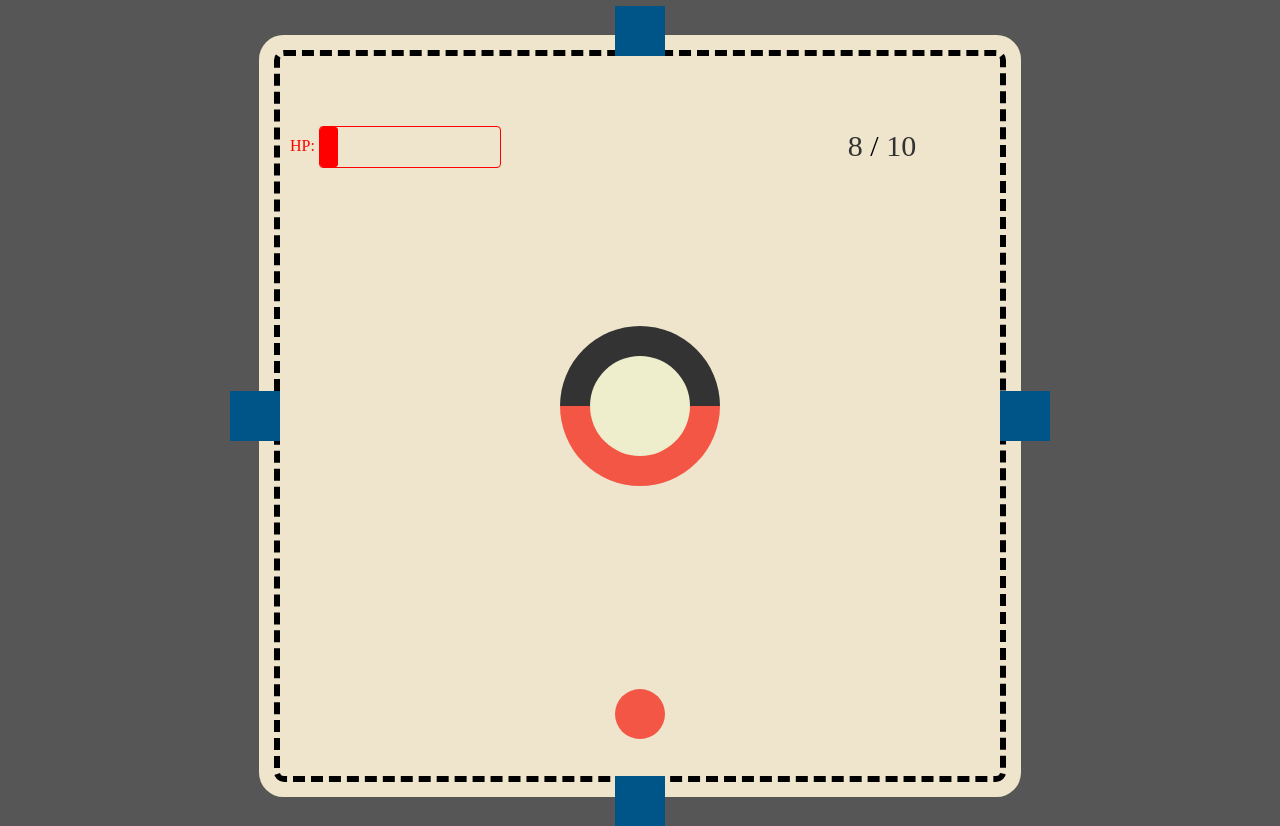
Repository: EEETA/ball-game
Page: theBall2/index.html
The author's editor kept a copy of each file at every save. The page is drawn from the files as they stood at one save, then again after the next save.
The browser window is 1280 px wide. The pictures show the whole page.
After loading, the first visible `button.start` was clicked once.

Above is the page before, as saved 2018-08-16 16:00:03.

### theBall2/index.html
<!DOCTYPE html>
<html lang="en">
<head>
    <meta charset="UTF-8">
    <title>theBall</title>
	<link rel="stylesheet" href="style/index.css">
    <script src="js/jquery-1.8.3.min.js"></script>
	<script src="js/jquery.rotate.min.js"></script>
</head>
<body>
    <section class="box">
        <!-- 旋转div -->
        <section class="ball ballZhuan">
            <div class="redPart_box">
                <div class="redPart"></div>
            </div>
            <div class="blackPart_box">
                <div class="blackPart"></div>
            </div>
            <div class="middlePart"></div>
        </section>

        <section class="ball2Wrap">
            <div class="ball2"></div>
        </section>

        <section class="idx_pattern">
            <!-- 主界面-游戏模式 -->
        </section>

        <section class="idx_intro">
            <!-- 主界面-游戏玩法 -->
        </section>

        <section class="game_mask">
        <!-- 游戏界面-娱乐模式遮罩提示层 -->
        </section>
        <div class="arrow">
            <!-- 升级效果 -->
        </div>
        <section class="game_shootBox">
            <!-- 游戏界面-小球发射台 -->
        </section>
        <section class="game_fraction">
            <!-- 游戏界面-分数血量显示 -->
        </section>
        <section class="game_hanlder">
            <!-- 游戏界面-结束模块 -->
        </section>
    </div>

    <script src="data/data.js"></script>
    <script>
        const patternLen = pattern.length;
        const idxPattern = document.querySelector('.idx_pattern');
        const idxIntro = document.querySelector('.idx_intro');
        const gameShootBox = document.querySelector('.game_shootBox');
        const gameFraction = document.querySelector('.game_fraction');
        const gameHanlder = document.querySelector('.game_hanlder');
        const gameMask = document.querySelector('.game_mask');
        var my=[];
        /*主界面-游戏模式*/
        for(var i=0;i<patternLen;i++){
            let idxPatternMain=`<div class="playWrap">
                                    <div class="playTit"> ${pattern[i].patternName} </div>
                                    <div class="playIntroduce">
                                        <div class="playIntroduceTxt">1.通关条件 <span style="color:#EE8E4E"> ${pattern[i].explain.condition} </span></div>
                                        <div class="playIntroduceTxt">2. ${pattern[i].explain.produce} </div>
                                    </div>
                                    <button class="start">START</button>
                                </div>`
            idxPattern.innerHTML+=idxPatternMain;
        }
        /*主界面-游戏玩法*/
        let produceTxt=`<div class="introTxt">
                            <div>
                                1.按空格键/AD可旋转 <img src="img/img1.png" alt="" class="sizeOne">
                            </div>
                            <div>
                                2.当<img src="img/img2.png" alt="" class="sizeOne">掉落时,根据模式将 <img src="img/img1.png" alt="" class="sizeOne"> 旋转到对应的颜色即可得1分,反之<span style="color:red">HP-1</span>
                            </div>
                            <div>
                                3.进入游戏后，每个玩家血量为5,右上角为分数面板 <img src="img/img3.png" alt="" class="sizeTwo"> 左侧为当前分数,右侧为当前关卡上限,分数达到上限即可进入下一关
                            </div>
                        </div>
                        <button class="introTxtBtn">游戏玩法</button>`
        idxIntro.innerHTML=produceTxt;



        /*游戏界面-小球发射台*/
        let gameShootBoxMain=`  <div class="launcher launT">

                                </div>
                                <div class="launcher launB">

                                </div>
                                <div class="launcher launL">

                                </div>
                                <div class="launcher launR">

                                </div>`
        gameShootBox.innerHTML+=gameShootBoxMain;

        /*游戏界面-小球发射台*/
        // let gameShootBoxMain=`<div class="top div_middle">
        //                             <div class="div_middle"></div>
        //                         </div>
        //                         <div class="bottom div_middle">
        //                             <div class="div_middle"></div>
        //                         </div>
        //                         <div class="left div_middle">
        //                             <div class="div_middle"></div>
        //                         </div>
        //                         <div class="right div_middle">
        //                             <div class="div_middle"></div>
        //                         </div>`
        // gameShootBox.innerHTML+=gameShootBoxMain;


        /*游戏界面-分数血量显示*/
        let gameFractionMain=`  <div class="life">HP:
                                    <div class="hp_div">
                                        <div class="hp_div_main"></div>
                                    </div>
                                </div>
                                <div class="fraction">
                                    <span class="fraction_left"></span>
                                    /
                                    <span class="fraction_right"></span>
                                </div>`
        gameFraction.innerHTML=gameFractionMain;
        /*游戏界面-结束模块*/
        let gameHanlderMain=`   <div class="interface">
                                    <div class="over">Game Over</div>
                                    <div class="success">成功通关</div>
                                </div>
                                <div class="button_box">
                                    <button class="button_left">再玩一次</button>
                                    <button class="button_right">返回大厅</button>
                                </div>`
        gameHanlder.innerHTML=gameHanlderMain;
        /*游戏界面-娱乐模式遮罩提示层*/
        let gameMaskMain=`  <div class="Mask_span">
                                <span>按A键向左转</span>
                                <span>按D键向右转</span>
                            </div>
                            <span class="Mask_p">- 按空格键继续 -</span>`
        gameMask.innerHTML=gameMaskMain;
    </script>
    <script src="js/index.js"></script>
    <script src="js/animation.js"></script>
</body>
</html>

### theBall2/style/index.css
@charset "UTF-8";
html{background: #565656;}
body{-webkit-user-select:none;-moz-user-select:none;-ms-user-select:none; user-select:none;}
input{border: none;outline: none;-webkit-tap-highlight-color: #000000;-webkit-tap-highlight-color: rgba(0, 0, 0, 0);}
button{outline: none;}

.box{
    position: relative;
    margin: 50px auto 0;
    /* overflow: hidden; */
    width: 1080px;
    height: 720px;
    background: #eee5cc;
    border: 6px dashed #000;
    box-shadow: 0 0 0 15px #eee5cc;
    border-radius: 10px;
}
/*两种小球制作*/
.ball{
    position: relative;
    width: 160px;
    height: 160px;
    margin:60px auto 0;
    /* transform:rotate(0deg);
    -ms-transform:rotate(0deg);
    -moz-transform:rotate(0deg);
    -webkit-transform:rotate(0deg);
    -o-transform:rotate(0deg); */
    opacity:1
}
.redPart_box,.blackPart_box{
    height: 50%;
    overflow:hidden;
}
.redPart,.blackPart{
    position: relative;
    height: 160px;
    width: 160px;
    border-radius:50%
}
.redPart{background: #f45646;}
.blackPart{background: #333;top:-100%}
/* .redPart{background: #ff9b9b;}
.blackPart{background: #2aa1a7;top:-100%} */
.middlePart{
    position: absolute;
    left: 30px;
    top: 30px;
    width: 100px;
    height:100px;
    border-radius: 50%;
    background:#eec;
}
.ballZhuan{
    animation-name:rotate;
    animation-iteration-count: infinite;
    animation-duration: 4s;
    animation-timing-function: linear;
}
@keyframes rotate{
    0%{
        transform:rotate(0deg)
    }
    100%{
        transform:rotate(360deg)
    }
}

.ball2Wrap{
    position: absolute;
    /* overflow: hidden; */
    width: 100%;
    top: 270px;
}
.ball2{
    width: 0;
    height: 0;
    margin: 0 auto;
    border-top:20px solid #f45646;
    border-bottom: 20px solid #333;
    border-left:20px solid #efa97a;
    border-right:20px solid #6dd3ce;
    border-width: 80px;
    /* position: absolute;
    top: calc(50% - 85px);
    left: calc(50% - 85px); */
    opacity: 0;
    /* z-index: 10;
    transform:rotate(0deg); */
    border-radius: 50%;
}

/*小球发射*/
.launcher{
    position: absolute;
    margin: 0 auto;
    width: 50px;
    height: 50px;
    background: #058;
}
.launT{left: 0;right: 0;top: -50px;}
.launB{left: 0;right: 0;bottom: -50px;}
.launL{top: 50%;margin-top: -25px;left: -50px}
.launR{top: 50%;margin-top: -25px;right: -50px}
.launchBall{
    position: absolute;
    width: 100%;
    height:100%;
    background:#f45646;
    border-radius: 50%;
}


/*成功击中扩散动画*/
.ball_middle{
    height: 75px;
    width:75px;
    border-radius: 50%;
    background: #333;
    opacity:0.5;
    position: absolute;
    top: calc(50% - 37px);
    left:calc(50% - 37px);
}

.game_fraction{
    width: 100%;
    height: 80px;
    top:50px;
    position: absolute;
    display: none;
}
.life{width: 60%;height: 100%;display: inline-block;line-height: 80px;text-indent: 10px;color:#f00;}
.fraction{width: 30%;height: 100%;text-align: center;line-height: 80px;float: right;margin-right: 10px;font-size: 30px;}
.fraction span{color:#333;}
.firworks{width: 4px;height: 4px;position: absolute;border-radius: 50%}
.over,.success{position: absolute;top:43%;font-size: 60px;opacity:0;z-index: 30;width: 100%;text-align: center;}
.arrow{height: 300px;width: 500px;position: absolute;top: calc(50% - 150px);left: calc(50% - 250px);}
.arrow span{font-size: 30px;color: #333;position: absolute;left: calc(50% - 145px);top: 150px;opacity: 0;height: 100px;width: 300px;text-align: center;}
 .img{height:80px;width: 30px;position: absolute;}



.button_box{
    position: absolute;
    left:0;
    right:0;
    bottom:45px;
    margin:0 auto;
    width: 380px;
    display: none;
    opacity: 0;
}
.button_left,.button_right{
    height: 46px;
    width: 150px;
    background:#333;
    border-radius:3px;
    font-size: 24px;
    color:#fff;
    cursor:pointer;
    border:none;
}
.button_left:hover,.button_right:hover{background: #f45646;}
.button_left{float:left;}
.button_right{float:right;}


/************************************游戏玩法***********************************/
.introTxtBtn{
    position: absolute;
    bottom: 34px;
    font-size: 20px;
    cursor:pointer;
    z-index: 1000;
    left: calc(50% - 50px);
    height: 40px;
    width: 100px;
    text-align: center;
    line-height: 40px
}
.introTxtBtn:hover{
    background: #333;
    color: #fff;
}
.introTxt{
    width: 500px;
    height: 530px;
    left: calc(50% - 250px);
    top: calc(50% - 300px);
    line-height: 40px;
    background: #fff;
    border-radius: 5px;
    display: none;
    z-index: 1001;
    position: absolute;
}
.sizeOne,.sizeTwo{
    position:relative;
    top: 10px;
}
.sizeOne{width: 40px;}
.sizeTwo{width: 80px;}
.introTxt div{margin:30px auto;width: 90%;font-size: 24px}
.introTxt p{display: inline-block;}



.hp_div{display: inline-block;width: 180px;height: 40px;border:1px solid red;vertical-align:middle;border-radius: 4px;}
.hp_div_main{height: 100%;width: 100%;background: red;border-radius: 3px;}


.game_mask{
    display: none;
    position: absolute;
    width: 100%;
    height: 100%;
    top: 0;
    left: 0;
    background: rgba(51,51,51,.5);
    font-size: 30px;
    color: #fff;
    z-index: 1;
}
.Mask_span{
    position: absolute;
    top:calc(50% - 100px);
    opacity: 1;
    width: 100%;
    text-align: center;
    line-height: 100px;
}
.Mask_span span{
    display: block;
}
.Mask_p {
    position: absolute;
    bottom: 150px;
    width: 100%;
    text-align: center;
    font-size:40px;
    color: #000;
    animation-name:opacity;
    animation-iteration-count: infinite;
    animation-duration: 1.8s;
}
@keyframes opacity{
    0%{
        opacity:0
    }
    50%{
        opacity: 1
    }
    100%{
        opacity:0
    }
}


/*playFour*/
.idx_pattern{
    overflow:auto;
    position: relative;
    margin: 0 auto;
    width: 90%;
    margin-top: 90px;
}
.playWrap{
    overflow: hidden;
    position: relative;
    float:left;
    width: 32%;
    height: 280px;
    background:#fff;
    color:#333;
    border-top: 30px solid;
}
.playWrap:nth-child(2){margin: 0 2%;}
.playWrap:hover{
    background: rgba(255,255,255,.7)
}
.playTit{
    /* width: 100%; */
    border-bottom: 1px solid #000;
    font-size: 24px;
    line-height: 50px;
    text-indent: 10px;
}
.playIntroduce{
    font-size: 18px;
    text-align: left;
    line-height: 30px;
    margin: 0 auto;
    width: 94%;
}
.start{
    position:absolute;
    bottom:0;
    left:0;
    right:0;
    width: 200px;
    height: 46px;
    background: #EE8E4E;
    color: #fff;
    outline: none;
    margin: 0 auto 20px;
    cursor: pointer;
    border: none;
}
.start:hover{background: rgba(51,51,51,1)}

/*分数动画*/
.ballZhuan123{
    animation-name:rotate123;
    animation-iteration-count: 1;
    animation-duration: .4s;
    animation-timing-function: linear;
}
@keyframes rotate123{
    0%{
        transform:scale(1,1);
        opacity: 0;
    }
    50%{
        opacity: 1;
        transform:scale(2,2);
    }
    100%{
        opacity: 0;
        transform:scale(4,4);
    }
}

### theBall2/data/data.js

/*
patternName：模式名称
explain：游戏说明
condition：过关条件
produce：关卡介绍
tip：其他
*/
var pattern=[
    {
        patternName:'标准模式',
        explain:{
            condition:'100分',
            produce:'关卡为5个，得满100分即为通关',
            tip:''
        }
    },
    {
        patternName:'颠倒模式',
        explain:{
            condition:'60分',
            produce:'关卡为3个，小球撞击位置需与发球相反，游戏难度随得分增加',
            tip:''
        }
    },
    {
        patternName:'娱乐模式',
        explain:{
            condition:'无',
            produce:'关卡不限，游戏难度随得分增加',
            tip:''
        }
    }
]
var gameInit=[
    {
        hp:1,
        hp_box:10,
        fraction:0,
        toplimit:10,

    }
]
// var gameHanlder={
//     gameOver="Game Over",
//     gameSuccess="游戏通关",
// }

### theBall2/js/index.js



var time=new Date();/*时间差*/
var background,
hp,/*给予血量*/
hp_box,/*总血量*/
fail_hp,/*当前血量*/
fractionNow,/*现有得分*/
fractionNeed,/*升级需要得分*/
speed,
negative,
numbox,
negative=0;

const idxW=1080;/*主界面宽高*/
const idxH=720;
const gameW=720;/*游戏宽高*/
const gameH=720;
const ballFour=['#f45646','#333','#efa97a','#6dd3ce'];/*小球颜色*/

let patternNow;/*当前模式*/
let numList=-180;
let degree=180;
let launchNum=2;/*默认发球为两个*/
let visited=false;/*是否进入过娱乐模式*/
let ballShow=$('.ball');
let delayed=0;
let ballShowW=160;
let ballShowH=160;
let balo;


const start=document.querySelectorAll('.start');


window.onload=function(){
    $('.ball').addClass("ballZhuan");
    $(".introTxtBtn").mouseover(function(){$('.introTxt').stop().fadeIn(400);})
	$(".introTxtBtn").mouseout(function(){$('.introTxt').stop().fadeOut(400);})
    choose();
}

//进入对应模式
function choose(){
	for(let i=0;i<start.length;i++){
        start[i].onclick = function(){
            $('.idx_pattern').fadeOut(300);
            $('.introTxtBtn').fadeOut(300);
            patternNow=i;/*存储模式*/
            initInfo(patternNow);
            setTimeout(function(){
        		appendball(patternNow);
        	},1200)
        }
	}
}

function initInfo(patternNow){
    boxChange(gameW,gameH,500);
    hp=1;
    hp_box=10;
    fail_hp=hp*100/hp_box;
    fractionNow=8;
    if(patternNow!=2){fractionNeed=10;}
    else{fractionNeed="∞";}
    speed=1200;
    // initInfo=1;
    balo=1;
    numList=-180;

	if(patternNow==2){
		speed=1400;
	    numList=-360;
	    launchNum=4;
	    degree=-90;
		delayed=1100;
    }

	if(patternNow==2&&visited==true){
		ballShow.rotate({
            animateTo:numList,
            duration:450,
        });
	}
    $('.fraction_left').html(fractionNow);
    $('.fraction_right').html(fractionNeed);
    $('.hp_div_main').animate({width:fail_hp+"%"});

    $('.game_fraction').fadeIn(500);

    /*小球位置及角度就绪*/
    $('.ball').animate({top:'210px'},500,function(){
        $(this).removeClass("ballZhuan");
        if(patternNow!=2){
            $(this).rotate({animateTo:-180,duration:600});/*这一步尤为重要，得分是在-180°上去迭代完成的，角度不转会不衔接*/
        }
        else if(patternNow==2){
            if(visited){
                appendball();
                rotate_transition(".ball",".ball2");
            }else{
                $('.game_mask').fadeIn(300);
                rotate_transition(".ball",".ball2");
            }
        }
    })
}

/*关卡设置*/
function levelUp(patternNow){
	if(patternNow==0 || patternNow==2){
		if(fractionNow%10==0){
	        callarrow("速度加快");
			speed-=100;
	        delayed=1100;
		}
	}
	if(patternNow==1){
		if(fractionNow==10){
	        callarrow("速度加快");
	        speed-=200;
	        fractionNeed=30;
	        delayed=1100;
		}
	    if(fractionNow==30){
	        callarrow("lalala");
	        speed-=100;
	        fractionNeed=60;
	        delayed=1100;
	    }
	}
}

function appendball(patternNow){  //生成小球
    delayed=0;
    if(hp<=0){
        $('.over').animate({opacity:1},600,function(){
            $('.button_box').css('display','block');
            $('.button_box').animate({opacity:1},800)});
        return;
    }
	if(patternNow==0&&fractionNow==100||patternNow==1&&fractionNow==60){
        $('.success').animate({opacity:1},600,function(){
            $('.button_box').css('display','block')
            $('.button_box').animate({opacity:1},800)
        });
	    return;
    }
    if(patternNow==2){
	    ballShow=$('.ball2');
	    return;
    }

	levelUp(patternNow);
    $('.fraction_right').html(fractionNeed);

    /*
        需要两个控制随机，否则发球颜色和发射器顺序会固定
        chooseColor > 随机选择颜色
        chooseBox   > 随机填放到各发射器中
    */
    let chooseColor=parseInt(Math.random()*launchNum);
    let chooseBox=parseInt(Math.random()*launchNum);

    $('<div class="launchBall" style="background:'+ballFour[chooseColor]+';"></div>').appendTo($('.launcher')[chooseBox]);
    var launchBall=$('.launchBall');
    setTimeout(function(){ballmove(launchBall,chooseBox,patternNow)},delayed);
}

/*小球运动*/
function ballmove(launchBall,box_num,patternNow){
    let range;
    let goto;
    // delayed=0;
    box_num==0||box_num==2 ? range=350 : range=-350;
    box_num < 2 ? goto='top' : goto='left';
    launchBall.animate(
        {[goto]:""+range+"px"},
        {
            duration:speed,
            easing:'linear',    // easing:'linear' 匀速直线运动
            progress:function(){

                let launchBallW=$(this).width();
                let launchBallH=$(this).height();
                let launchBallT=$(this).offset().top;
                let launchBallL=$(this).offset().left;

                let box_top=ballShow.offset().top;
                let box_left=ballShow.offset().left;
                let box_height=ballShow.offset().top+ballShowH;
                let box_width=ballShow.offset().left+ballShowW;

                if(launchNum == 2){ //两个方向
                    if(range==350&&Math.floor(launchBallT+launchBallH)>=box_top){
                        movejudge(this,'shang',patternNow);/*上往下*/
                    }else if(range==-350&&launchBallT<=box_height){
                        movejudge(this,'xia',patternNow);/*下往上*/
                    }
                }

                if(launchNum == 4){
                    if(goto=='top'){
                        if(range==350&&Math.floor(launchBallT+launchBallH)>=box_top){
                            movejudge(this,'shang',2,270,90,180,0);/*上往下*/
                        }else if(range==-350&&launchBallT<=box_height){
                            movejudge(this,'xia',2,90,270,0,180);/*下往上*/
                        }
                    }else if(goto=='left'){
                        if(range==350&&Math.floor(launchBallL+launchBallW)>=box_left){
                            movejudge(this,'left',2,0,180,270,90);/*左往右*/
                        }else if(range==-350&&launchBallL<=box_width){
                            movejudge(this,'right',2,180,0,90,270);/*右往左*/
                        }
                    }
                }
            }
        }
    )
}


document.addEventListener('keydown',ballPlay,false);
function ballPlay(){
    if(launchNum==2&&event.keyCode==32){  //只有两种颜色
        if(new Date()-time>300){
            numList+=degree;
            ballShow.rotate({
                animateTo: numList,
                duration: 450
            });
            balo*=-1;
            time=new Date();
        }
    }
    else if(launchNum==4){  //四钟颜色
        if(event.keyCode==32 && visited==false){   //遮罩按空格
            visited=true;
            $('.game_mask').fadeOut(300);
	      	appendball();
        }
        if(event.keyCode==65){
            numList+=degree;
            negative=numList;
            if(numList>0){   //度数往右转 度数变为正数时
                if(numList%360==90 || numList%360==270){
                    negative=-numList-180;
                }
                if(numList%360==0 || numList%360==180){
                    negative=-negative;
                }
            }
            ballShow.rotate({
                animateTo: numList,
                duration:340,
            });
        }
        if(event.keyCode==68){  //右
            numList-=degree;
            if(numList<0) negative+=degree;
            if(numList>0) {
                if(numList%360==0 || numList%360==180){
                    negative=-numList;
                }
                if(numList%360==90 || numList%360==270){
                    negative=-numList-180;
                }
            };
            ballShow.rotate({
                    animateTo: numList,
                    duration:340,
            });
        }
  	}
}

/*再玩一次&&返回主界面*/
const buttonLeft=document.querySelector('.button_left');
const buttonRight=document.querySelector('.button_right');
buttonLeft.addEventListener('click',playAgain,false)
buttonRight.addEventListener('click',backIdx,false)
function playAgain(){
    $('.over,.success,.button_box').animate({opacity:0},200);
    $('.button_box').css('display','none');

    initInfo(patternNow);
    setTimeout(function(){
        appendball(patternNow);
    },1200)
}
function backIdx(){
    boxChange(idxH,idxW,500);
	degree=180;
	negative=0;
	speed=1200;
    numList=-180;
	delayed=0;
	launchNum=2;
	$('.blackPart').css('background','#333');
	$('.redPart').css('background','#f45646');
    rotate_transition(".ball2",".ball");
	ballShow=$('.ball');

   	$('.game_fraction').fadeOut(300);
    $('.button_box').css('display','none');
    $('.over,.success').animate({opacity:0},100);
    $('.ball').animate({top:'0px'},500,function(){
        $(this).addClass("ballZhuan");
	})
	setTimeout(function(){
		$('.introTxtBtn').fadeIn(300);
		$('.idx_pattern').fadeIn(300);
   	},800)
}

Loaded but not shown: theBall2/js/jquery-1.8.3.min.js (library); theBall2/js/jquery.rotate.min.js (library); theBall2/js/animation.js (228 lines, source omitted)

After the next save:
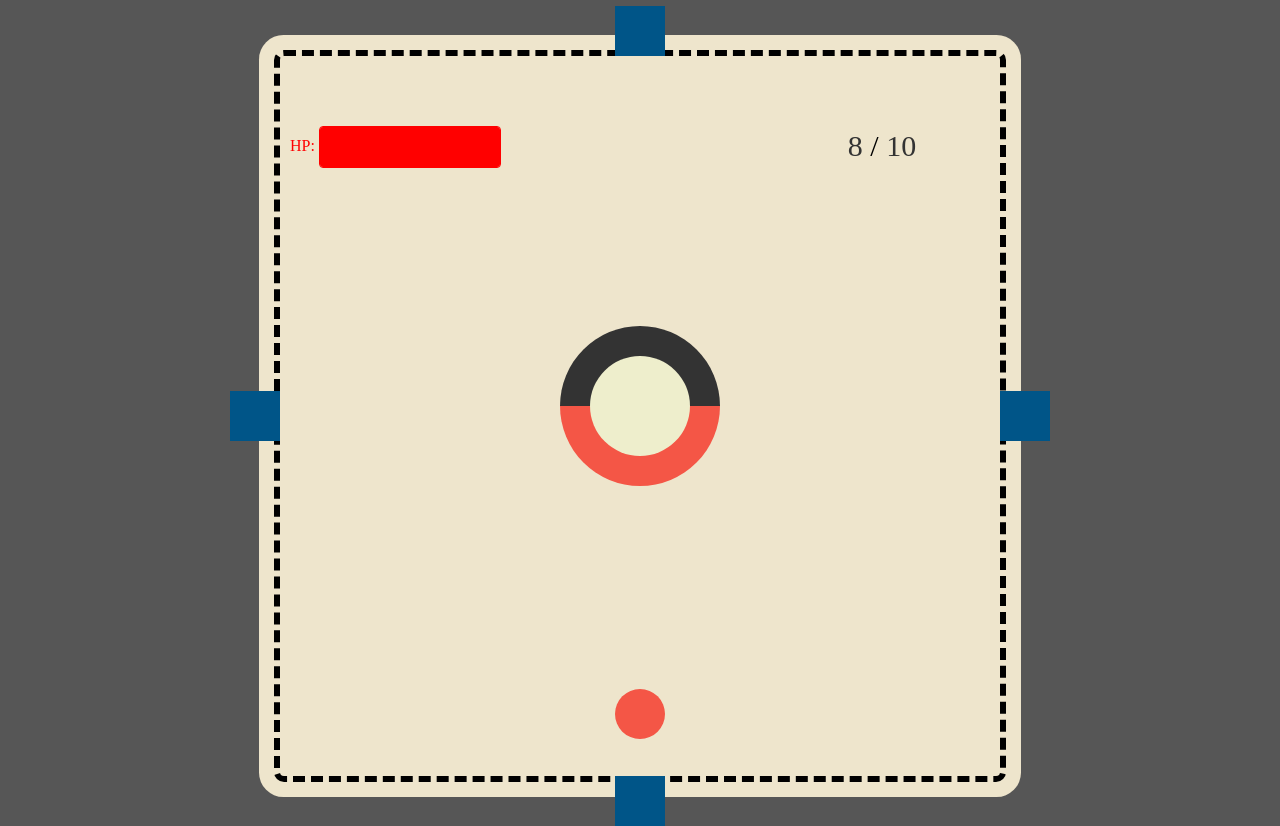
Saved 13 s later.
--- a/theBall2/js/index.js
+++ b/theBall2/js/index.js
@@ -58,14 +58,13 @@ function choose(){
 
 function initInfo(patternNow){
     boxChange(gameW,gameH,500);
-    hp=1;
+    hp=10;
     hp_box=10;
     fail_hp=hp*100/hp_box;
     fractionNow=8;
     if(patternNow!=2){fractionNeed=10;}
     else{fractionNeed="∞";}
     speed=1200;
-    // initInfo=1;
     balo=1;
     numList=-180;
 
